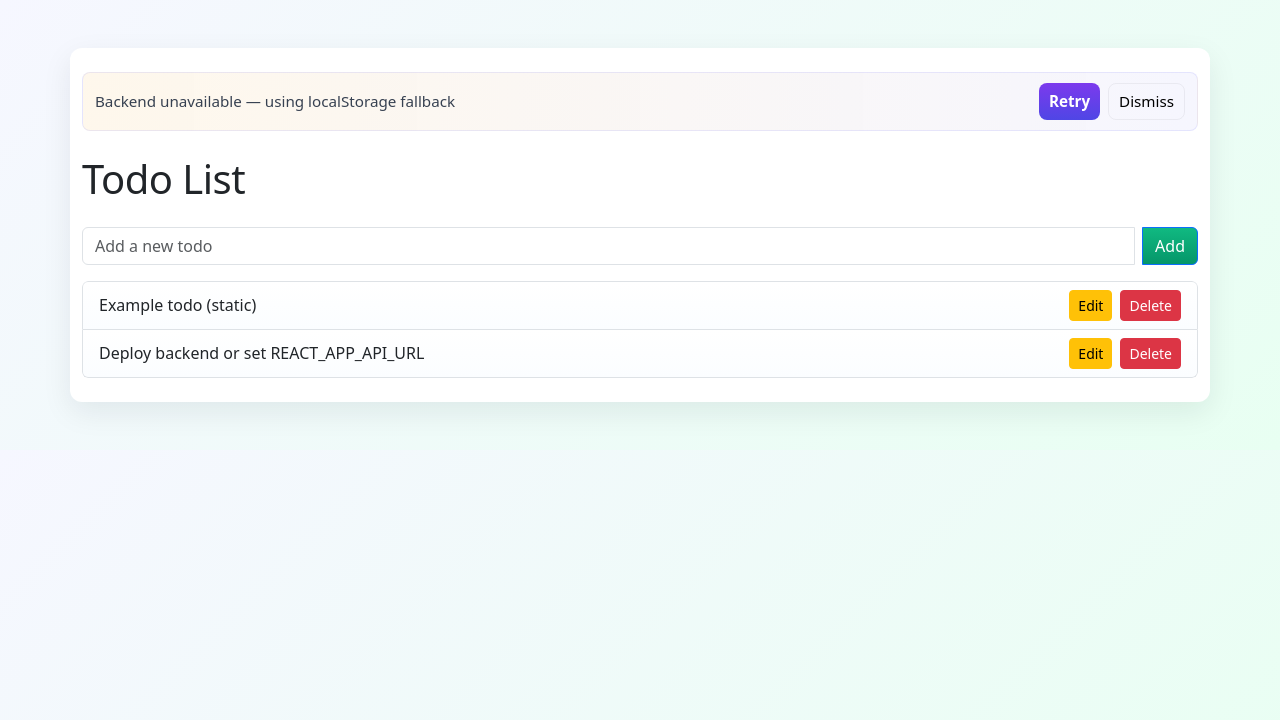
Repository: tomislavblazevic/Etridebelt
Page: / (app in frontend/)
An editor plug-in stored every save of this project. The page is shown before and after the next save, followed by the edit.
The browser window is 1280 px wide. The pictures show the whole page.
The page's requests for data from a server got no answer. The project was rebuilt for these pictures with package versions that can differ from the ones it lists, and the page was loaded fresh each time. No one was signed in, and anything a server would have sent is missing. Also part of the build but not shown: frontend/vite.config.ts.

Above is the page before, as saved 2026-03-18 16:32:03.

### frontend/public/index.html
<!doctype html>
<html lang="en">
  <head>
    <meta charset="utf-8" />
    <link rel="icon" href="%PUBLIC_URL%/favicon.ico" />
    <meta name="viewport" content="width=device-width, initial-scale=1" />
    <meta name="theme-color" content="#4f46e5" />
    <link rel="manifest" href="%PUBLIC_URL%/manifest.json" />
    <link rel="apple-touch-icon" href="%PUBLIC_URL%/favicon.svg" />
    <title>Todo App</title>
  </head>
  <body>
    <noscript>You need to enable JavaScript to run this app.</noscript>
    <div id="root"></div>
  </body>
</html>

### frontend/src/index.js
import React from 'react';
import ReactDOM from 'react-dom/client';
import App from './App'; // Provjeri zove li se tvoja glavna komponenta App.js
import 'bootstrap/dist/css/bootstrap.min.css';

const root = ReactDOM.createRoot(document.getElementById('root'));
root.render(
  <React.StrictMode>
    <App />
  </React.StrictMode>
);

// Register service worker for basic PWA/offline support
if ('serviceWorker' in navigator) {
  window.addEventListener('load', () => {
    const swUrl = `${process.env.PUBLIC_URL || ''}/sw.js`;
    navigator.serviceWorker.register(swUrl).then((registration) => {
      // registered
      // console.log('ServiceWorker registered: ', registration);
    }).catch((err) => {
      // console.warn('ServiceWorker registration failed: ', err);
    });
  });
}

### frontend/src/App.tsx
import React, { useState, useEffect } from 'react';
import axios from 'axios';
import './App.css';

const REACT_API = process.env.REACT_APP_API_URL && process.env.REACT_APP_API_URL.trim();
const IS_LOCALHOST = window.location.hostname === 'localhost' || window.location.hostname === '127.0.0.1';
const USE_BACKEND = !!REACT_API || IS_LOCALHOST;
const API_URL = REACT_API || (IS_LOCALHOST ? 'http://localhost:5000/todos' : '');
const USE_LOCAL_STORAGE = !USE_BACKEND; // on GitHub Pages use localStorage for full functionality

interface Todo {
  id: number;
  text: string;
  completed: boolean;
}

function App() {
  const [todos, setTodos] = useState<Todo[]>([]);
  const [text, setText] = useState('');
  const [editingId, setEditingId] = useState<number | null>(null);
  const [editText, setEditText] = useState('');
  const [fallbackLocal, setFallbackLocal] = useState(false);
  const [errorMessage, setErrorMessage] = useState<string | null>(null);

  useEffect(() => {
    if (USE_LOCAL_STORAGE) {
      const stored = localStorage.getItem('todos');
      if (stored) {
        try {
          setTodos(JSON.parse(stored) as Todo[]);
          return;
        } catch (e) {
          // fall through to fetch static file
        }
      }
      // try load static todos.json once
      axios.get<Todo[]>(`${process.env.PUBLIC_URL || ''}/todos.json`).then((response) => {
        setTodos(response.data as Todo[]);
        localStorage.setItem('todos', JSON.stringify(response.data));
      }).catch(() => setTodos([]));
      return;
    }

    axios.get<Todo[]>(API_URL).then((response) => {
      setTodos(response.data as Todo[]);
    }).catch(() => {
      // Backend not reachable: fall back to localStorage and inform the user
      setErrorMessage('Backend unavailable — using localStorage fallback');
      setFallbackLocal(true);
      const stored = localStorage.getItem('todos');
      if (stored) {
        try {
          setTodos(JSON.parse(stored) as Todo[]);
          return;
        } catch (e) {
          // fall through to fetch static file
        }
      }
      axios.get<Todo[]>(`${process.env.PUBLIC_URL || ''}/todos.json`).then((response) => {
        setTodos(response.data as Todo[]);
        localStorage.setItem('todos', JSON.stringify(response.data));
      }).catch(() => setTodos([]));
    });
  }, []);

  const persist = (nextTodos: Todo[]) => {
    setTodos(nextTodos);
    if (USE_LOCAL_STORAGE || fallbackLocal) localStorage.setItem('todos', JSON.stringify(nextTodos));
  };

  const addTodo = (e: React.FormEvent) => {
    e.preventDefault();
    if (!text.trim()) return;
    if (USE_LOCAL_STORAGE || fallbackLocal) {
      const next: Todo = { id: Date.now(), text, completed: false };
      persist([...todos, next]);
      setText('');
      return;
    }
    axios.post<Todo>(API_URL, { text }).then((response) => {
      setTodos([...todos, response.data]);
      setText('');
    }).catch(() => {
      // If POST fails, fallback to local storage and notify
      setErrorMessage('Failed to reach backend; saved locally instead');
      setFallbackLocal(true);
      const next: Todo = { id: Date.now(), text, completed: false };
      persist([...todos, next]);
      setText('');
    });
  };

  const deleteTodo = (id: number) => {
    if (USE_LOCAL_STORAGE || fallbackLocal) {
      persist(todos.filter((todo) => todo.id !== id));
      return;
    }
    axios.delete(`${API_URL}/${id}`).then(() => {
      setTodos(todos.filter((todo) => todo.id !== id));
    }).catch(() => {
      setErrorMessage('Failed to reach backend; delete applied locally');
      setFallbackLocal(true);
      persist(todos.filter((todo) => todo.id !== id));
    });
  };

  const startEditing = (id: number, currentText: string) => {
    setEditingId(id);
    setEditText(currentText);
  };

  const saveEdit = (id: number) => {
    if (USE_LOCAL_STORAGE || fallbackLocal) {
      persist(todos.map((todo) => (todo.id === id ? { ...todo, text: editText } : todo)));
      setEditingId(null);
      setEditText('');
      return;
    }
    axios.put<Todo>(`${API_URL}/${id}`, { text: editText }).then((response) => {
      setTodos(
        todos.map((todo) => (todo.id === id ? response.data : todo))
      );
      setEditingId(null);
      setEditText('');
    }).catch(() => {
      setErrorMessage('Failed to reach backend; edit saved locally');
      setFallbackLocal(true);
      persist(todos.map((todo) => (todo.id === id ? { ...todo, text: editText } : todo)));
      setEditingId(null);
      setEditText('');
    });
  };

  const toggleCompleted = (id: number, completed: boolean) => {
    if (USE_LOCAL_STORAGE || fallbackLocal) {
      persist(todos.map((todo) => (todo.id === id ? { ...todo, completed: !completed } : todo)));
      return;
    }
    axios.put<Todo>(`${API_URL}/${id}`, { completed: !completed }).then((response) => {
        setTodos(
            todos.map((todo) => (todo.id === id ? response.data : todo))
        );
    }).catch(() => {
      setErrorMessage('Failed to reach backend; change applied locally');
      setFallbackLocal(true);
      persist(todos.map((todo) => (todo.id === id ? { ...todo, completed: !completed } : todo)));
    });
  };

  const retryConnection = () => {
    if (!API_URL) {
      setErrorMessage('No backend URL configured to retry');
      return;
    }
    setErrorMessage('Retrying connection to backend...');
    axios.get<Todo[]>(API_URL).then((response) => {
      setTodos(response.data as Todo[]);
      setFallbackLocal(false);
      setErrorMessage(null);
    }).catch(() => {
      setErrorMessage('Retry failed — backend still unreachable');
    });
  };


  return (
    <div className="container">
      {errorMessage && (
        <div className="alert-fallback" role="alert">
          <div className="alert-text">{errorMessage}</div>
          <div className="alert-actions">
            {API_URL && (
              <button type="button" className="btn-retry" onClick={retryConnection}>
                Retry
              </button>
            )}
            <button type="button" className="btn-dismiss" onClick={() => setErrorMessage(null)}>
              Dismiss
            </button>
          </div>
        </div>
      )}
      <h1 className="my-4">Todo List</h1>
      <form onSubmit={addTodo} className="mb-3">
        <div className="input-group">
          <input
            type="text"
            className="form-control"
            value={text}
            onChange={(e) => setText(e.target.value)}
            placeholder="Add a new todo"
          />
          <button type="submit" className="btn btn-primary">
            Add
          </button>
        </div>
      </form>
      <ul className="list-group">
        {todos.map((todo) => (
          <li
            key={todo.id}
            className="list-group-item d-flex justify-content-between align-items-center"
          >
            {editingId === todo.id ? (
              <input
                type="text"
                className="form-control"
                value={editText}
                onChange={(e) => setEditText(e.target.value)}
              />
            ) : (
              <span
                onClick={() => toggleCompleted(todo.id, todo.completed)}
                style={{
                  textDecoration: todo.completed ? 'line-through' : 'none',
                  cursor: 'pointer',
                }}
              >
                {todo.text}
              </span>
            )}
            <div>
              {editingId === todo.id ? (
                <button
                  onClick={() => saveEdit(todo.id)}
                  className="btn btn-success btn-sm me-2"
                >
                  Save
                </button>
              ) : (
                <button
                  onClick={() => startEditing(todo.id, todo.text)}
                  className="btn btn-warning btn-sm me-2"
                >
                  Edit
                </button>
              )}
              <button
                onClick={() => deleteTodo(todo.id)}
                className="btn btn-danger btn-sm"
              >
                Delete
              </button>
            </div>
          </li>
        ))}
      </ul>
    </div>
  );
}

export default App;

### frontend/src/App.css
:root{
  --bg-start:#f6f7ff;
  --bg-end:#e8fff2;
  --primary:#4f46e5;
  --accent:#06b6d4;
  --success:#10b981;
  --muted:#6b7280;
}

body{
  background: linear-gradient(135deg,var(--bg-start),var(--bg-end));
  font-family: -apple-system, BlinkMacSystemFont, 'Segoe UI', Roboto, 'Helvetica Neue', Arial;
  color: #111827;
}

.container{
  max-width:700px;
  margin:48px auto;
  background: white;
  border-radius:12px;
  padding:24px;
  box-shadow:0 10px 30px rgba(17,24,39,0.08);
}

h1{
  color:var(--primary);
  margin-bottom:18px;
  font-size:1.75rem;
  letter-spacing:-0.5px;
}

.input-group{display:flex;gap:8px}

.form-control{
  border-radius:8px;
  border:1px solid #e6e9ef;
  padding:10px 12px;
}

.form-control:focus{
  border-color:var(--accent);
  box-shadow:0 4px 18px rgba(6,182,212,0.12);
  outline:none;
}

.btn-primary{
  background: linear-gradient(180deg,var(--success),#059669);
  border:none;
  color:#fff;
  border-radius:8px;
  padding:8px 14px;
}

.btn-primary:hover{transform:translateY(-1px)}

.list-group{margin-top:12px;border-radius:8px;overflow:hidden}

.list-group-item{
  display:flex;align-items:center;justify-content:space-between;
  padding:12px 16px;background:linear-gradient(180deg,#ffffff,#fbfdff);
  border-bottom:1px solid #f1f5f9;
}

.list-group-item:hover{background:#fbfdff}

.list-group-item span{font-size:1rem}

.list-group-item span.completed{color:var(--muted);text-decoration:line-through}

.btn-warning{background:#f59e0b;border:none;color:#fff;border-radius:6px;padding:6px 8px}
.btn-success{background:#10b981;border:none;color:#fff;border-radius:6px;padding:6px 8px}
.btn-danger{background:#ef4444;border:none;color:#fff;border-radius:6px;padding:6px 8px}

@media (max-width:640px){
  .container{margin:20px;padding:16px}
  h1{font-size:1.4rem}
}

.alert-fallback{
  background: linear-gradient(90deg, rgba(245,158,11,0.08), rgba(99,102,241,0.06));
  border:1px solid rgba(99,102,241,0.12);
  color:#374151;
  padding:10px 12px;
  border-radius:8px;
  margin-bottom:12px;
  font-size:0.95rem;
}

.alert-fallback{display:flex;align-items:center;justify-content:space-between}
.alert-text{flex:1}
.alert-actions{display:flex;gap:8px;margin-left:12px}

.btn-retry{
  background: linear-gradient(180deg,#7c3aed,#4f46e5);
  color:#fff;border:none;padding:6px 10px;border-radius:8px;cursor:pointer;font-weight:600
}
.btn-retry:hover{transform:translateY(-1px);opacity:0.98}
.btn-dismiss{background:transparent;border:1px solid rgba(17,24,39,0.06);padding:6px 10px;border-radius:8px;cursor:pointer}
.btn-dismiss:hover{background:rgba(17,24,39,0.03)}

.list-group-item{transition:transform .14s ease,box-shadow .14s ease}
.list-group-item:hover{transform:translateY(-4px);box-shadow:0 10px 20px rgba(15,23,42,0.06)}
.list-group-item.completed{background:linear-gradient(90deg,#ecfeff,#f0f9ff)}

.badge-done{background:linear-gradient(90deg,#10b981,#059669);color:#fff;padding:4px 8px;border-radius:999px;font-size:0.75rem}

### frontend/public/todos.json
[
  { "id": 1, "text": "Example todo (static)", "completed": false },
  { "id": 2, "text": "Deploy backend or set REACT_APP_API_URL", "completed": false }
]

After the next save:
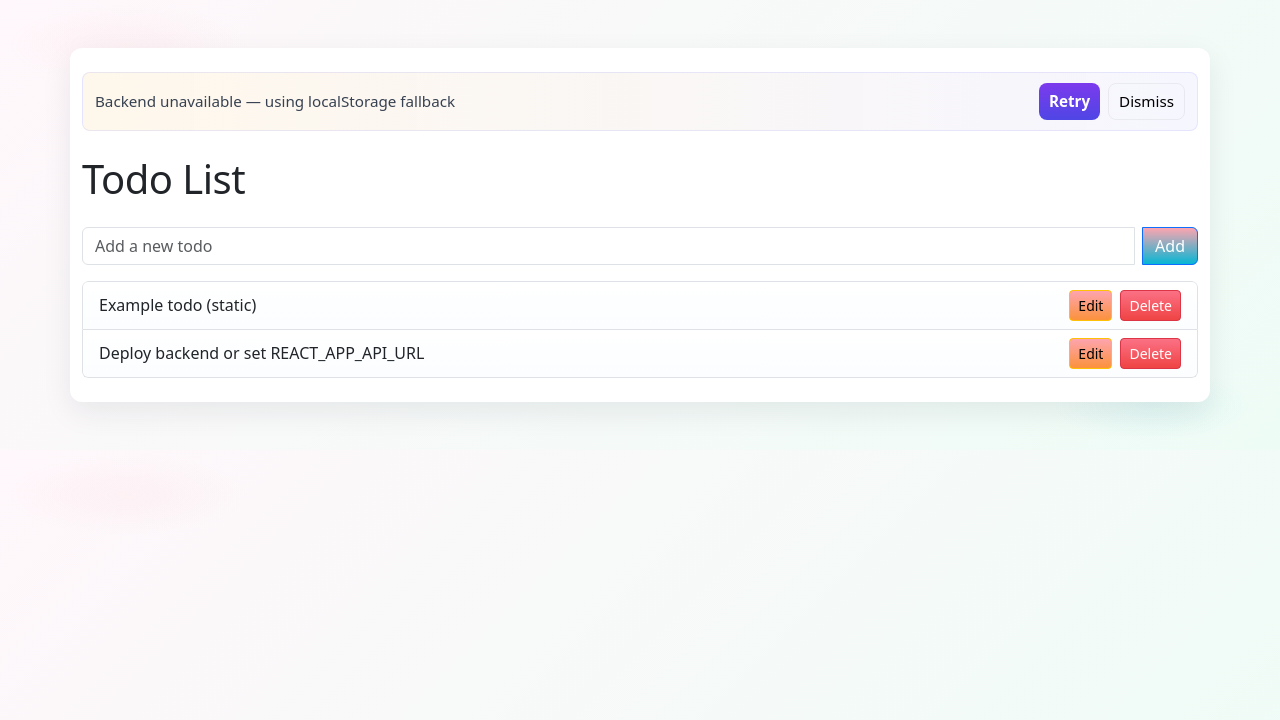
Saved 20 s later.
--- a/frontend/src/App.css
+++ b/frontend/src/App.css
@@ -1,14 +1,19 @@
 :root{
-  --bg-start:#f6f7ff;
-  --bg-end:#e8fff2;
-  --primary:#4f46e5;
-  --accent:#06b6d4;
-  --success:#10b981;
+  --bg-start:#fff7fb; /* blush-tinge */
+  --bg-end:#eefcf6;   /* soft green */
+  --primary:#4f46e5;  /* deep indigo */
+  --accent:#06b6d4;   /* cyan */
+  --success:#10b981;  /* green */
   --muted:#6b7280;
+  --blush:#fda4af;
+  --blue:#06b6d4;
+  --green:#10b981;
 }
 
 body{
-  background: linear-gradient(135deg,var(--bg-start),var(--bg-end));
+  background: radial-gradient(1200px 400px at 10% 10%, rgba(253,164,175,0.08), transparent 10%),
+              radial-gradient(1000px 360px at 90% 90%, rgba(6,182,212,0.06), transparent 10%),
+              linear-gradient(135deg,var(--bg-start),var(--bg-end));
   font-family: -apple-system, BlinkMacSystemFont, 'Segoe UI', Roboto, 'Helvetica Neue', Arial;
   color: #111827;
 }
@@ -44,7 +49,7 @@ h1{
 }
 
 .btn-primary{
-  background: linear-gradient(180deg,var(--success),#059669);
+  background: linear-gradient(180deg,var(--blush),var(--blue));
   border:none;
   color:#fff;
   border-radius:8px;
@@ -67,9 +72,9 @@ h1{
 
 .list-group-item span.completed{color:var(--muted);text-decoration:line-through}
 
-.btn-warning{background:#f59e0b;border:none;color:#fff;border-radius:6px;padding:6px 8px}
-.btn-success{background:#10b981;border:none;color:#fff;border-radius:6px;padding:6px 8px}
-.btn-danger{background:#ef4444;border:none;color:#fff;border-radius:6px;padding:6px 8px}
+.btn-warning{background:linear-gradient(180deg,var(--blush),#fb923c);border:none;color:#fff;border-radius:6px;padding:6px 8px}
+.btn-success{background:linear-gradient(180deg,var(--green),#059669);border:none;color:#fff;border-radius:6px;padding:6px 8px}
+.btn-danger{background:linear-gradient(180deg,#fb7185,#ef4444);border:none;color:#fff;border-radius:6px;padding:6px 8px}
 
 @media (max-width:640px){
   .container{margin:20px;padding:16px}
